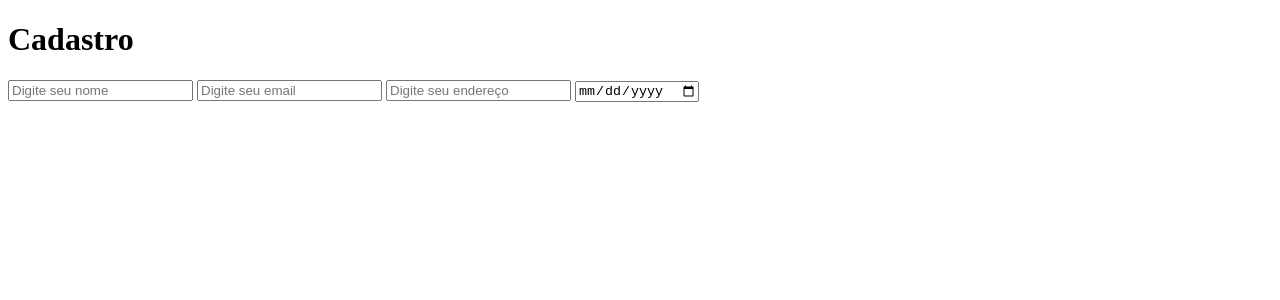
Repository: rodneyems/java-web-fj21
Page: fj21-agenda/WebContent/index.html
An editor plug-in stored every save of this project. The page is shown before and after the next save, followed by the edit.
The browser window is 1280 px wide. The pictures show the whole page.

Above is the page before, as saved 2021-06-30 23:31:27.

### fj21-agenda/WebContent/index.html
<!DOCTYPE html>
<html>
<head>
<meta charset="UTF-8">
<title>Rodney</title>
</head>
<body>
	<h1>Cadastro</h1>
	<form action="/adicionaContato">
		<input type="text" name="nome" placeholder="Digite seu nome"></input>
		<input type="text" name="email" placeholder="Digite seu email"></input>
		<input type="text" name="endereco" placeholder="Digite seu endereço"></input>
		<input type="date" name="data" placeholder="Digite seu Data de nascimento"></input>
	</form>
</body>
</html>

After the next save:
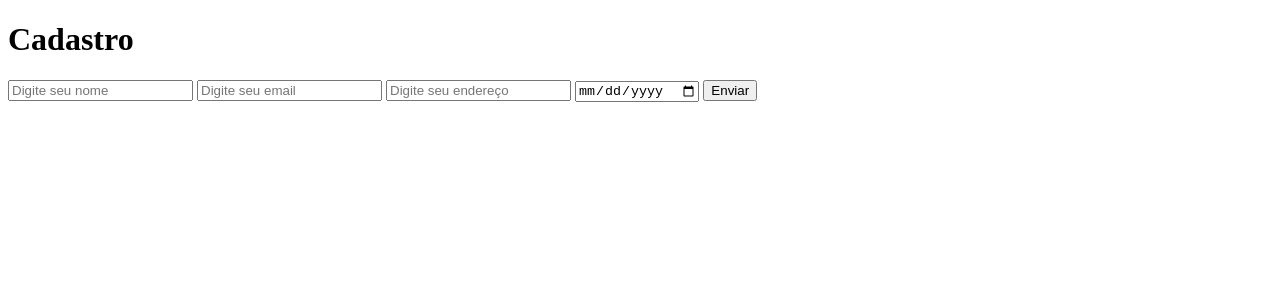
Saved 34 min 6 s later.
--- a/fj21-agenda/WebContent/index.html
+++ b/fj21-agenda/WebContent/index.html
@@ -6,11 +6,12 @@
 </head>
 <body>
 	<h1>Cadastro</h1>
-	<form action="/adicionaContato">
+	<form action="/adicionaContato" method="post">
 		<input type="text" name="nome" placeholder="Digite seu nome"></input>
 		<input type="text" name="email" placeholder="Digite seu email"></input>
 		<input type="text" name="endereco" placeholder="Digite seu endereço"></input>
 		<input type="date" name="data" placeholder="Digite seu Data de nascimento"></input>
+		<button type="submit">Enviar</button>
 	</form>
 </body>
 </html>
